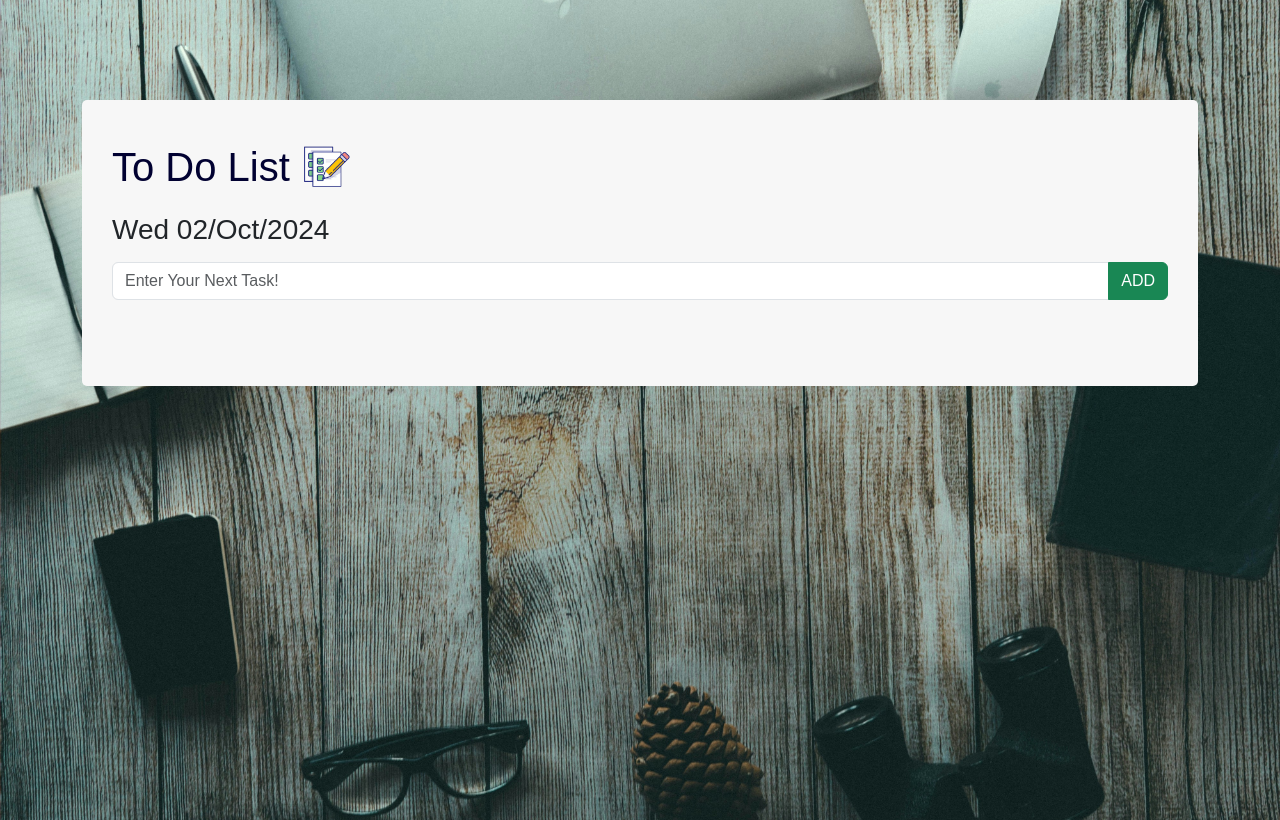
Repository: zeinawady/To_Do_List
Page: index.html
These files come from the project's save history. The page is drawn as it stood at one moment and after a run of saves; the edit follows.
The browser window is 1280 px wide. The pictures show the whole page.
Some web libraries are served in a nearby version.

Above is the page before, as saved 2024-10-02 02:45:46.

After the next 2 saves:
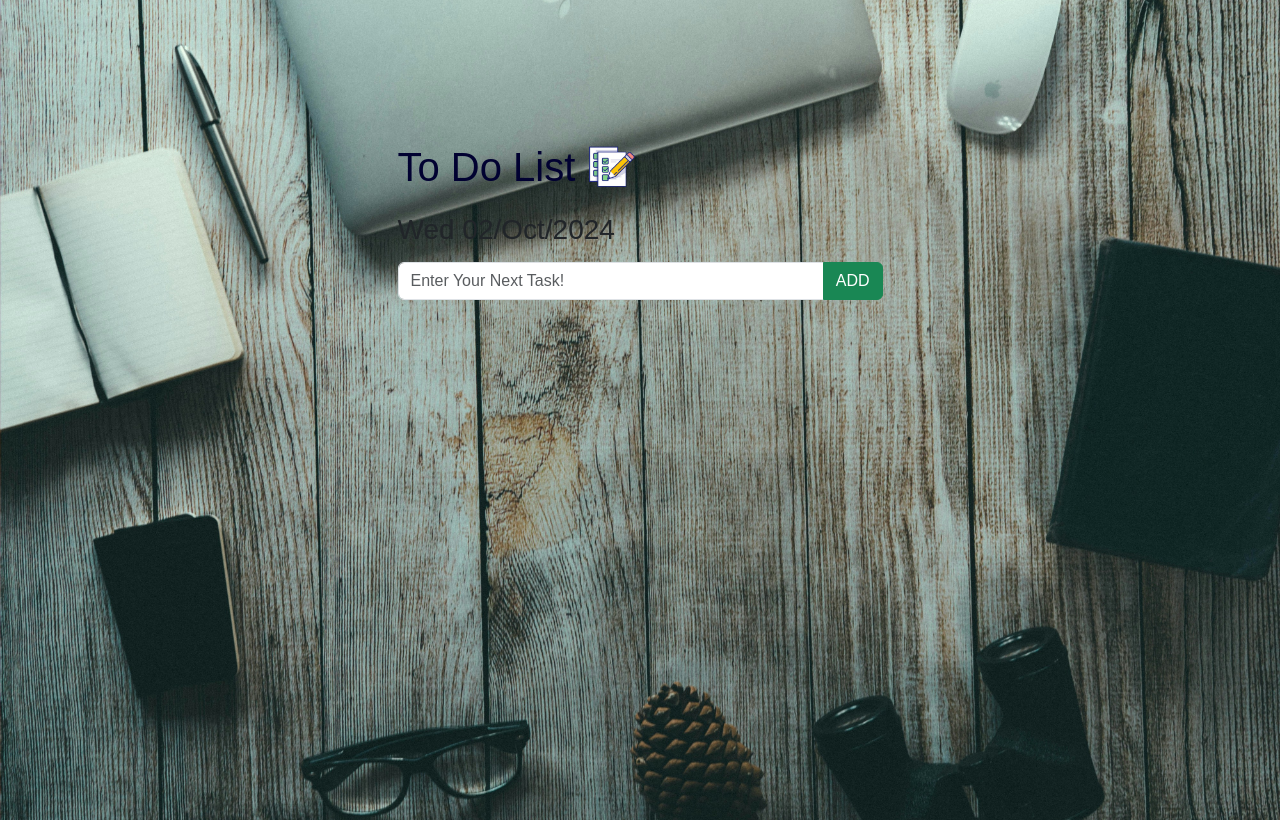
The 2 saves are shown as one change because they came seconds apart.
The last was saved 7 s later.
--- a/css/style.css
+++ b/css/style.css
@@ -22,8 +22,8 @@ body{
 
 
 .todo-app {
-    /* max-width: 545px; */
-    background-color: rgb(247, 247, 247);
+    max-width: 545px;
+    /* background-color: rgb(247, 247, 247); */
     margin: 100px auto;
     padding: 40px 30px 70px;
     border-radius: 5px;
